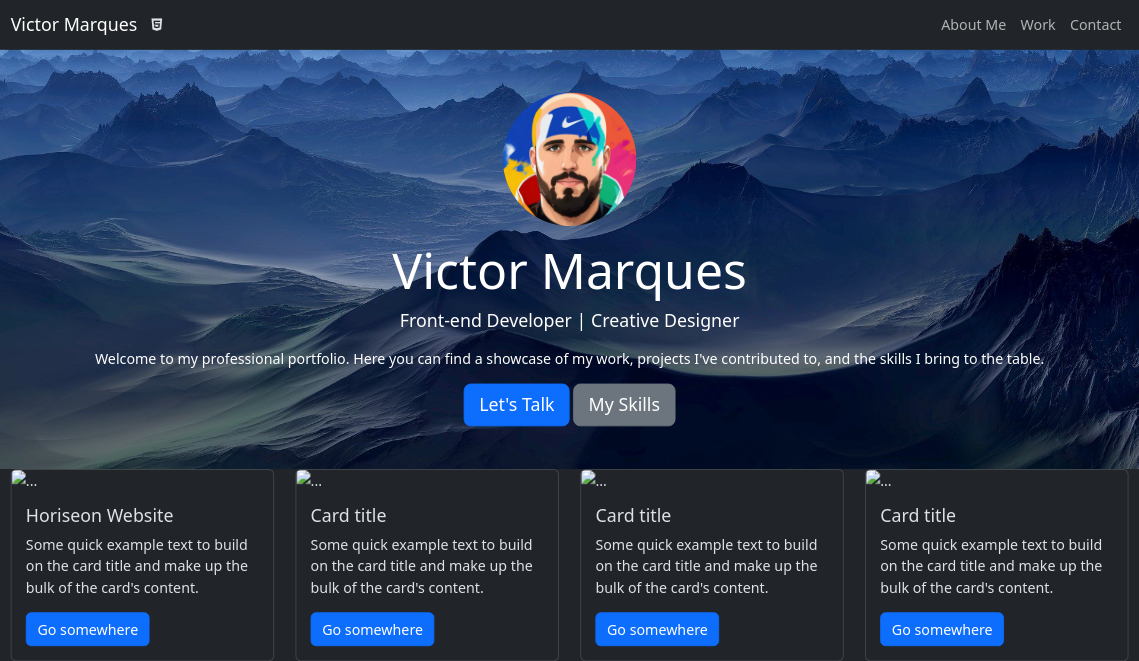
Repository: uvee35/Bootstrap-Portfolio
Page: index.html
The author's editor kept a copy of each file at every save. The page is drawn from the files as they stood at one save, then again after the next save.
The browser window is 1280 px wide. The pictures show the whole page, at 89% of full size.

Above is the page before, as saved 2023-12-17 07:24:00.
Not found: images/1_card.png
Not found: images/2_card.png
Not found: images/3_card.png

### index.html
<!DOCTYPE html>
<html lang="en" data-bs-theme="dark">
  <head>
    <meta charset="utf-8" />
    <meta name="viewport" content="width=device-width, initial-scale=1" />
    <title>Bootstrap demo</title>
    <link
      href="https://cdn.jsdelivr.net/npm/bootstrap@5.3.2/dist/css/bootstrap.min.css"
      rel="stylesheet"
      integrity="sha384-T3c6CoIi6uLrA9TneNEoa7RxnatzjcDSCmG1MXxSR1GAsXEV/Dwwykc2MPK8M2HN"
      crossorigin="anonymous"
    />
    <link rel="stylesheet" href="./css/style.css" />
    <link
      rel="stylesheet"
      href="https://cdnjs.cloudflare.com/ajax/libs/font-awesome/5.15.4/css/all.min.css"
    />
  </head>
  <body>
    <!-- Navbar -->
    <nav class="navbar navbar-expand-lg navbar-light bg-dark">
      <div class="container-fluid">
        <!-- Brand/logo -->
        <a class="navbar-brand" href="#home">Victor Marques</a>
        <i class="fab fa-html5"></i>

        <!-- Toggle button for small screens -->
        <button
          class="navbar-toggler"
          type="button"
          data-bs-toggle="collapse"
          data-bs-target="#navbarNavAltMarkup"
          aria-controls="navbarNavAltMarkup"
          aria-expanded="false"
          aria-label="Toggle navigation"
        >
          <span class="navbar-toggler-icon"></span>
        </button>

        <!-- Navbar links -->
        <div
          class="collapse navbar-collapse justify-content-end"
          id="navbarNavAltMarkup"
        >
          <div class="navbar-nav">
            <a class="nav-link" href="#about-me">About Me</a>
            <a class="nav-link" href="#work">Work</a>
            <a class="nav-link" href="#contact">Contact</a>
          </div>
        </div>
      </div>
    </nav>

    <!-- Hero Section -->
    <section class="hero-section bg-dark text-center py-5">
      <div class="container">
        <img
          src="./css/images/victor.JPG"
          alt="Your Name"
          class="rounded-circle mb-3"
          style="width: 150px; height: 150px"
        />
        <h1 class="display-4">Victor Marques</h1>
        <p class="lead">Front-end Developer | Creative Designer</p>
        <p>
          Welcome to my professional portfolio. Here you can find a showcase of
          my work, projects I've contributed to, and the skills I bring to the
          table.
        </p>
      </div>
      <button type="button" class="btn btn-primary btn-lg">Let's Talk</button>
      <button type="button" class="btn btn-secondary btn-lg">My Skills</button>
    </section>

    <!-- Cards -->
    <div class="container-fluid">
      <div class="row">
        <!-- Card 1 -->
        <div class="cardContainer col-lg-3 col-md-3 col-sm-6">
          <div class="card">
            <img src="images/1_card.png" class="card-img-top" alt="..." />
            <div class="card-body">
              <h5 class="card-title">Horiseon Website</h5>
              <p class="card-text">
                Some quick example text to build on the card title and make up
                the bulk of the card's content.
              </p>
              <a
                href=" http://127.0.0.1:5500/starter/index.htmlhttps://uvee35.github.io/Victor-Module1Challenge/"
                class="btn btn-primary"
                >Go somewhere</a
              >
            </div>
          </div>
        </div>
        <!-- End card 1 -->

        <!-- Card 2 -->
        <div class="cardContainer col-lg-3 col-md-3 col-sm-6">
          <div class="card">
            <img src="images/2_card.png" class="card-img-top" alt="..." />
            <div class="card-body">
              <h5 class="card-title">Card title</h5>
              <p class="card-text">
                Some quick example text to build on the card title and make up
                the bulk of the card's content.
              </p>
              <a href="#" class="btn btn-primary">Go somewhere</a>
            </div>
          </div>
        </div>
        <!-- End card 2 -->

        <!-- Card 3 -->
        <div class="cardContainer col-lg-3 col-md-3 col-sm-6">
          <div class="card">
            <img src="images/3_card.png" class="card-img-top" alt="..." />
            <div class="card-body">
              <h5 class="card-title">Card title</h5>
              <p class="card-text">
                Some quick example text to build on the card title and make up
                the bulk of the card's content.
              </p>
              <a href="#" class="btn btn-primary">Go somewhere</a>
            </div>
          </div>
        </div>
        <!-- End card 3 -->
        <!-- Card 4 -->
        <div class="cardContainer col-lg-3 col-md-3 col-sm-6">
          <div class="card">
            <img src="images/3_card.png" class="card-img-top" alt="..." />
            <div class="card-body">
              <h5 class="card-title">Card title</h5>
              <p class="card-text">
                Some quick example text to build on the card title and make up
                the bulk of the card's content.
              </p>
              <a href="#" class="btn btn-primary">Go somewhere</a>
            </div>
          </div>
        </div>
        <!-- End card 4 -->
      </div>
    </div>
    <!-- End cards -->

    <script
      src="https://cdn.jsdelivr.net/npm/bootstrap@5.3.2/dist/js/bootstrap.bundle.min.js"
      integrity="sha384-C6RzsynM9kWDrMNeT87bh95OGNyZPhcTNXj1NW7RuBCsyN/o0jlpcV8Qyq46cDfL"
      crossorigin="anonymous"
    ></script>
  </body>
</html>

### css/style.css
.hero-section {
    background-color: #121212; /* Dark background color */
    color: #ffffff; /* White text color for contrast */
    position: relative; /* Position relative for absolute positioning of buttons */
    z-index: 1; /* Ensure the layering is correct */
  }


  .hero-buttons {
    position: absolute;
    bottom: 20px;
    left: 50%;
    transform: translateX(-50%); /* Center the buttons */
    z-index: 2; /* Above the background image */
  }

  /* If you have a specific background image you want to use */
  .hero-section {
    background-image: url('./images/planet-1702788_1920.jpg');
    background-size: cover;
    background-position: center;
  }

After the next save:
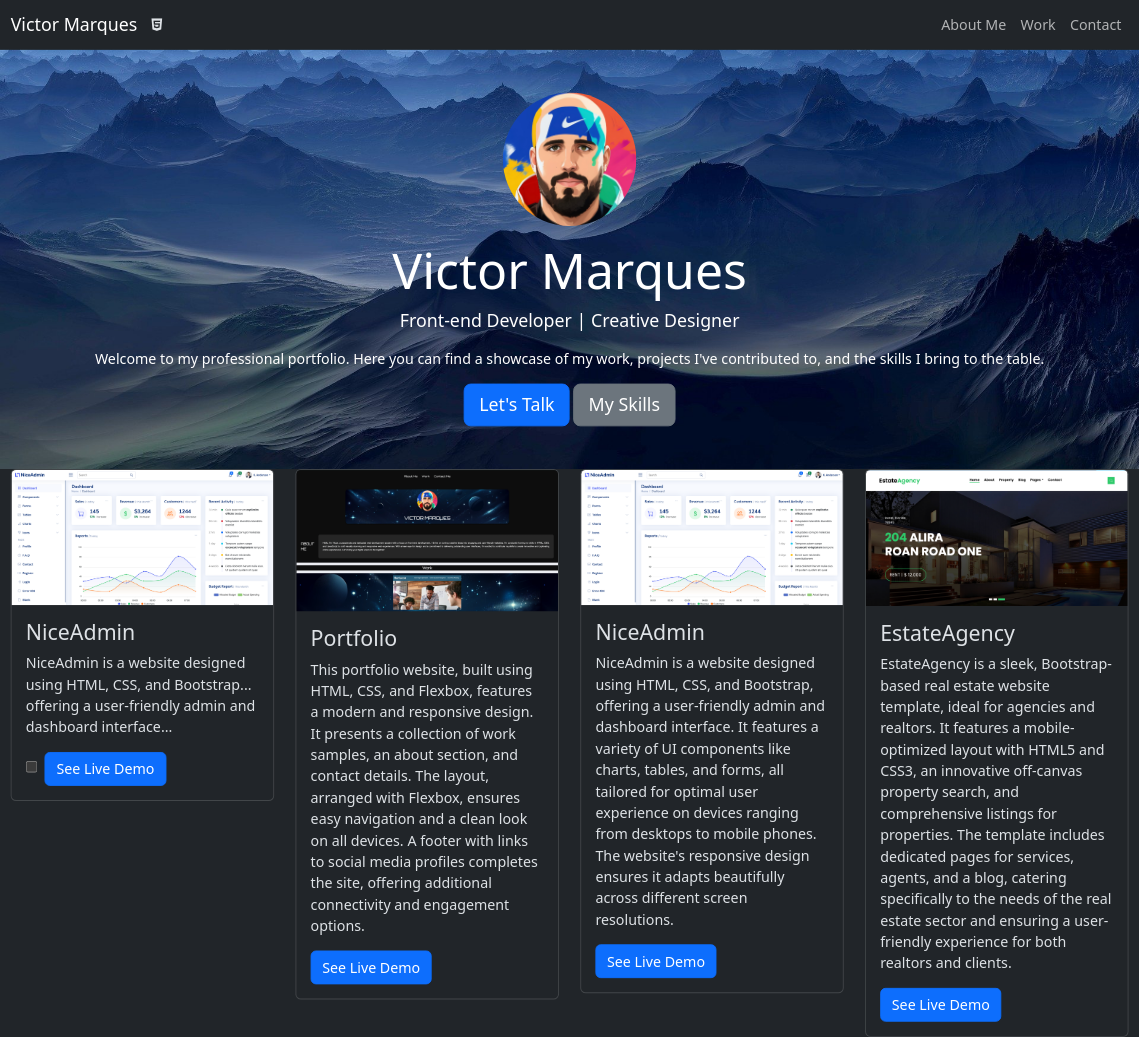
Saved 15 h 12 min later.
--- a/index.html
+++ b/index.html
@@ -73,39 +73,57 @@
     </section>
 
     <!-- Cards -->
-    <div class="container-fluid">
+    <div class="container-fluid" id="work">
       <div class="row">
         <!-- Card 1 -->
         <div class="cardContainer col-lg-3 col-md-3 col-sm-6">
           <div class="card">
-            <img src="images/1_card.png" class="card-img-top" alt="..." />
+            <img src="./css/images/card3.png" class="card-img-top" alt="..." />
             <div class="card-body">
-              <h5 class="card-title">Horiseon Website</h5>
+              <h4 class="card-title">NiceAdmin</h4>
               <p class="card-text">
-                Some quick example text to build on the card title and make up
-                the bulk of the card's content.
+                NiceAdmin is a website designed using HTML, CSS, and
+                Bootstrap...
+                <span class="more"
+                  >offering a user-friendly admin and dashboard
+                  interface...</span
+                >
               </p>
+              <input type="checkbox" class="read-more-state" id="post-1" />
+
+              <label for="post-1" class="read-more-trigger"></label>
+
               <a
-                href=" http://127.0.0.1:5500/starter/index.htmlhttps://uvee35.github.io/Victor-Module1Challenge/"
+                href="https://bootstrapmade.com/demo/NiceAdmin/"
                 class="btn btn-primary"
-                >Go somewhere</a
+                >See Live Demo</a
               >
             </div>
           </div>
         </div>
+
         <!-- End card 1 -->
 
         <!-- Card 2 -->
         <div class="cardContainer col-lg-3 col-md-3 col-sm-6">
           <div class="card">
-            <img src="images/2_card.png" class="card-img-top" alt="..." />
+            <img src="./css/images/card2.png" class="card-img-top" alt="..." />
             <div class="card-body">
-              <h5 class="card-title">Card title</h5>
+              <h4 class="card-title">Portfolio</h4>
               <p class="card-text">
-                Some quick example text to build on the card title and make up
-                the bulk of the card's content.
+                This portfolio website, built using HTML, CSS, and Flexbox,
+                features a modern and responsive design. It presents a
+                collection of work samples, an about section, and contact
+                details. The layout, arranged with Flexbox, ensures easy
+                navigation and a clean look on all devices. A footer with links
+                to social media profiles completes the site, offering additional
+                connectivity and engagement options.
               </p>
-              <a href="#" class="btn btn-primary">Go somewhere</a>
+              <a
+                href="https://uvee35.github.io/Challenge2-Victor/."
+                class="btn btn-primary"
+                >See Live Demo</a
+              >
             </div>
           </div>
         </div>
@@ -114,14 +132,23 @@
         <!-- Card 3 -->
         <div class="cardContainer col-lg-3 col-md-3 col-sm-6">
           <div class="card">
-            <img src="images/3_card.png" class="card-img-top" alt="..." />
+            <img src="./css/images/card3.png" class="card-img-top" alt="..." />
             <div class="card-body">
-              <h5 class="card-title">Card title</h5>
+              <h4 class="card-title">NiceAdmin</h4>
               <p class="card-text">
-                Some quick example text to build on the card title and make up
-                the bulk of the card's content.
+                NiceAdmin is a website designed using HTML, CSS, and Bootstrap,
+                offering a user-friendly admin and dashboard interface. It
+                features a variety of UI components like charts, tables, and
+                forms, all tailored for optimal user experience on devices
+                ranging from desktops to mobile phones. The website's responsive
+                design ensures it adapts beautifully across different screen
+                resolutions.
               </p>
-              <a href="#" class="btn btn-primary">Go somewhere</a>
+              <a
+                href="https://bootstrapmade.com/demo/NiceAdmin/"
+                class="btn btn-primary"
+                >See Live Demo</a
+              >
             </div>
           </div>
         </div>
@@ -129,14 +156,24 @@
         <!-- Card 4 -->
         <div class="cardContainer col-lg-3 col-md-3 col-sm-6">
           <div class="card">
-            <img src="images/3_card.png" class="card-img-top" alt="..." />
+            <img src="./css/images/card4.png" class="card-img-top" alt="..." />
             <div class="card-body">
-              <h5 class="card-title">Card title</h5>
+              <h4 class="card-title">EstateAgency</h4>
               <p class="card-text">
-                Some quick example text to build on the card title and make up
-                the bulk of the card's content.
+                EstateAgency is a sleek, Bootstrap-based real estate website
+                template, ideal for agencies and realtors. It features a
+                mobile-optimized layout with HTML5 and CSS3, an innovative
+                off-canvas property search, and comprehensive listings for
+                properties. The template includes dedicated pages for services,
+                agents, and a blog, catering specifically to the needs of the
+                real estate sector and ensuring a user-friendly experience for
+                both realtors and clients.
               </p>
-              <a href="#" class="btn btn-primary">Go somewhere</a>
+              <a
+                href="https://bootstrapmade.com/demo/EstateAgency/"
+                class="btn btn-primary"
+                >See Live Demo</a
+              >
             </div>
           </div>
         </div>
